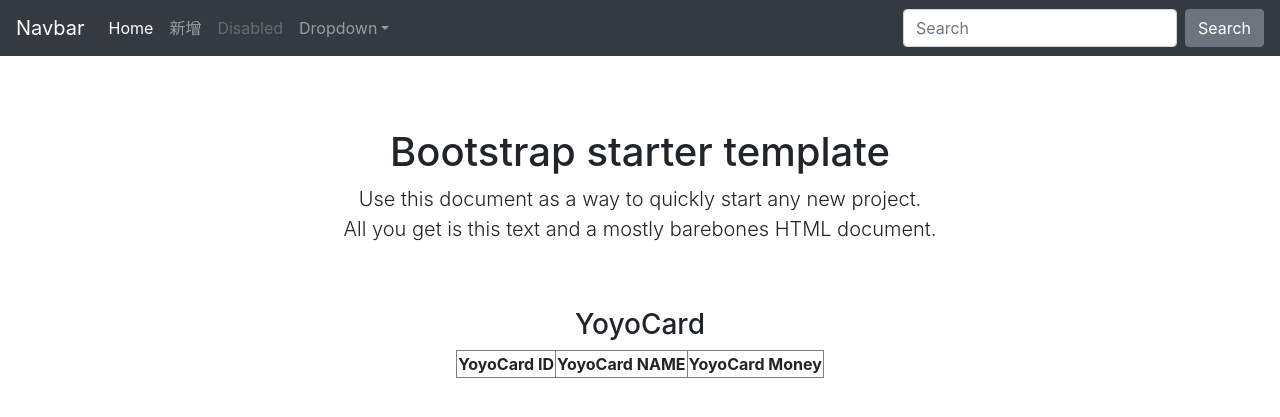
Repository: sagauz06/interview
Page: http://localhost/home
The author's editor kept a copy of each file at every save. The page is drawn from the files as they stood at one save, then again after the next save.
The browser window is 1280 px wide. The pictures show the whole page.
The page is this project's Thymeleaf template; nobody is signed in. Other server files are loaded and not shown. The template is opened directly, without the code that normally fills it, so the values that code supplies are empty.

Above is the page before, as saved 2019-12-02 17:00:16.

### demo/src/main/resources/templates/home.html
<!doctype html>
<html lang="en" xmlns="http://www.w3.org/1999/xhtml"
	xmlns:th="http://www.thymeleaf.org">
<head>
<meta charset="utf-8">
<meta name="viewport"
	content="width=device-width, initial-scale=1, shrink-to-fit=no">
<meta name="description" content="">
<meta name="author"
	content="Mark Otto, Jacob Thornton, and Bootstrap contributors">
<meta name="generator" content="Jekyll v3.8.6">
<title>Starter Template · Bootstrap</title>

<link rel="canonical"
	href="https://getbootstrap.com/docs/4.4/examples/starter-template/">

<!-- Bootstrap core CSS -->
<link href="bootstrap.min.css" rel="stylesheet"
	integrity="sha384-SI27wrMjH3ZZ89r4o+fGIJtnzkAnFs3E4qz9DIYioCQ5l9Rd/7UAa8DHcaL8jkWt"
	crossorigin="anonymous">

<!-- Favicons -->
<link rel="apple-touch-icon" href="img/favicons/apple-touch-icon.png"
	sizes="180x180">
<link rel="icon" href="img/favicons/favicon-32x32.png" sizes="32x32"
	type="image/png">
<link rel="icon" href="img/favicons/favicon-16x16.png" sizes="16x16"
	type="image/png">
<link rel="manifest" href="img/favicons/manifest.json">
<link rel="mask-icon" href="img/favicons/safari-pinned-tab.svg"
	color="#563d7c">
<link rel="icon" href="img/favicons/favicon.ico">
<meta name="msapplication-config"
	content="img/favicons/browserconfig.xml">
<meta name="theme-color" content="#563d7c">


<style>
.bd-placeholder-img {
	font-size: 1.125rem;
	text-anchor: middle;
	-webkit-user-select: none;
	-moz-user-select: none;
	-ms-user-select: none;
	user-select: none;
}

@media ( min-width : 768px) {
	.bd-placeholder-img-lg {
		font-size: 3.5rem;
	}
}
</style>
<!-- Custom styles for this template -->
<link href="starter-template.css" rel="stylesheet">
</head>
<body>
	<nav class="navbar navbar-expand-md navbar-dark bg-dark fixed-top">
		<a class="navbar-brand" href="#">Navbar</a>
		<button class="navbar-toggler" type="button" data-toggle="collapse"
			data-target="#navbarsExampleDefault"
			aria-controls="navbarsExampleDefault" aria-expanded="false"
			aria-label="Toggle navigation">
			<span class="navbar-toggler-icon"></span>
		</button>

		<div class="collapse navbar-collapse" id="navbarsExampleDefault">
			<ul class="navbar-nav mr-auto">
				<li class="nav-item active"><a class="nav-link" href="#">Home
						<span class="sr-only">(current)</span>
				</a></li>
				<li class="nav-item"><a class="nav-link" href="new">新增</a></li>
				<li class="nav-item"><a class="nav-link disabled" href="#"
					tabindex="-1" aria-disabled="true">Disabled</a></li>
				<li class="nav-item dropdown"><a
					class="nav-link dropdown-toggle" href="#" id="dropdown01"
					data-toggle="dropdown" aria-haspopup="true" aria-expanded="false">Dropdown</a>
					<div class="dropdown-menu" aria-labelledby="dropdown01">
						<a class="dropdown-item" href="#">Action</a> <a
							class="dropdown-item" href="#">Another action</a> <a
							class="dropdown-item" href="#">Something else here</a>
					</div></li>
			</ul>
			<form class="form-inline my-2 my-lg-0">
				<input class="form-control mr-sm-2" type="text" placeholder="Search"
					aria-label="Search">
				<button class="btn btn-secondary my-2 my-sm-0" type="submit">Search</button>
			</form>
		</div>
	</nav>

	<main role="main" class="container">

		<div class="starter-template">
			<h1>Bootstrap starter template</h1>
			<p class="lead">
				Use this document as a way to quickly start any new project.<br>
				All you get is this text and a mostly barebones HTML document.
			</p>
		</div>

		<!-- <div th:each="YoyoCard : ${card}">
		<span th:text="${YoyoCard.id}">NAME</span><br />
		<span th:text="${YoyoCard.name}">NAME</span><br />
		<span th:text="${YoyoCard.money}">NAME</span><br />
	</div> -->

		<div align="center">
			<h3>YoyoCard</h3>
			<table border="1">
				<thead>
					<tr>
						<th>YoyoCard ID</th>
						<th>YoyoCard NAME</th>
						<th>YoyoCard Money</th>
					</tr>
				</thead>
				<tbody>
					<tr th:each="YoyoCard : ${listYoyoCard}">
						<td th:text="${YoyoCard.id}">YoyoCard ID</td>
						<td th:text="${YoyoCard.name}">YoyoCard NAME</td>
						<td th:text="${YoyoCard.money}">YoyoCard Money</td>
						<td><a th:href="@{'/edit/' + ${YoyoCard.id}}">修改</a></td>
					</tr>
				</tbody>
			</table>
		</div>

	</main>
	<!-- /.container -->
	<script src="https://code.jquery.com/jquery-3.4.1.slim.min.js"
		integrity="sha384-J6qa4849blE2+poT4WnyKhv5vZF5SrPo0iEjwBvKU7imGFAV0wwj1yYfoRSJoZ+n"
		crossorigin="anonymous"></script>
	<script>
		window.jQuery
				|| document
						.write('<script src="js/vendor/jquery.slim.min.js"><\/script>')
	</script>
	<script src="js/vendor/bootstrap.bundle.min.js"
		integrity="sha384-Iep5TjrwnXOp2AdreAjhlprhxI5Ix8Y3I/zJd1tNQZQmonaE3i6fTdrvIG9YjOWl"
		crossorigin="anonymous"></script>
</body>
</html>

Loaded but not shown: demo/src/main/resources/static/bootstrap.min.css (library); demo/src/main/resources/static/starter-template.css (common file)

After the next save:
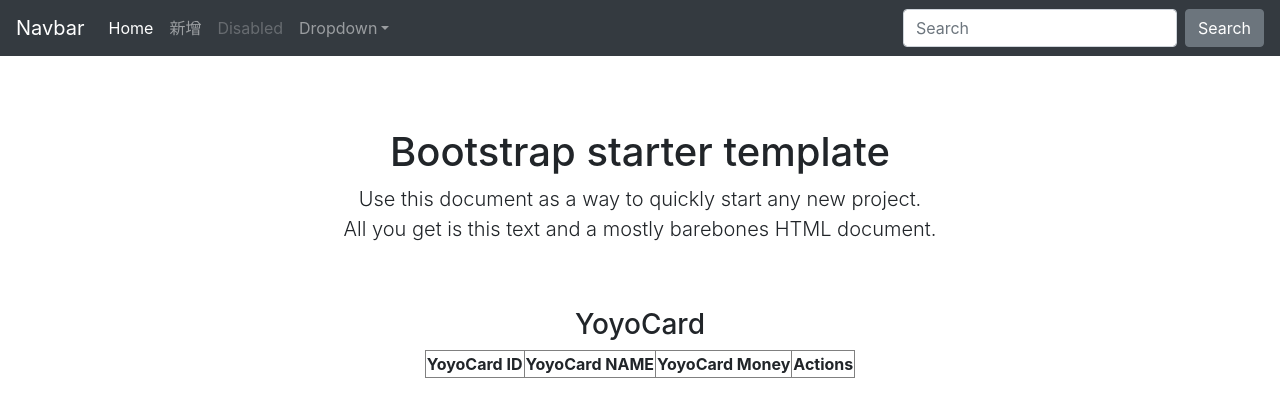
Saved 27 min 36 s later.
--- a/demo/src/main/resources/templates/home.html
+++ b/demo/src/main/resources/templates/home.html
@@ -113,6 +113,7 @@
 						<th>YoyoCard ID</th>
 						<th>YoyoCard NAME</th>
 						<th>YoyoCard Money</th>
+						<th>Actions</th>
 					</tr>
 				</thead>
 				<tbody>
